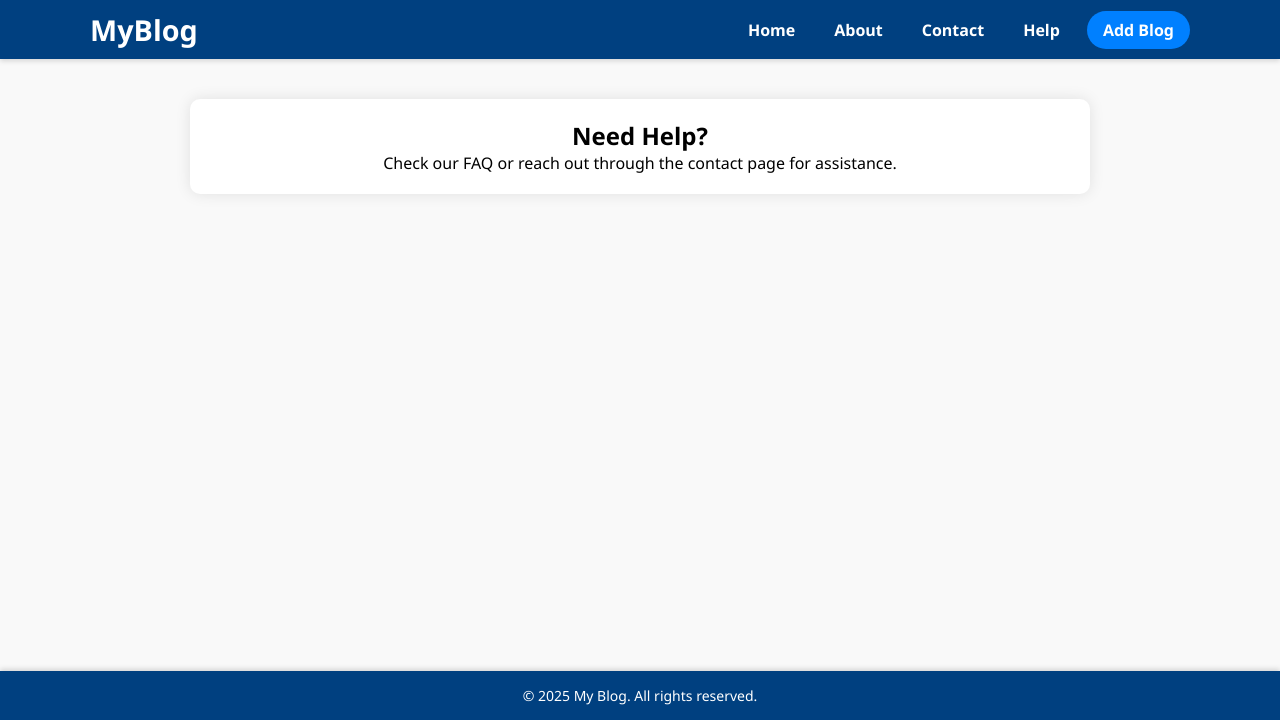
Repository: ankitg-02/FLASK
Page: http://localhost/help
These files come from the project's save history. The page is drawn as it stood at one moment and after a run of saves; the edit follows.
The browser window is 1280 px wide. The pictures show the whole page.
The page is served by the project's application, run on Flask 3 (app.py).

Above is the page before, as saved 2025-05-19 15:18:32.

### Project2/templates/help.html
{% extends 'base.html' %} {% block title %}Help - My Blog{% endblock %} {% block
content %}
<h2>Need Help?</h2>
<p>Check our FAQ or reach out through the contact page for assistance.</p>
{% endblock %}

### Project2/templates/base.html
<!DOCTYPE html>
<html lang="en">
  <head>
    <meta charset="UTF-8" />
    <title>{% block title %}My Blog{% endblock %}</title>
    <link
      rel="stylesheet"
      href="{{ url_for('static', filename='css/style.css') }}"
    />
    <meta name="viewport" content="width=device-width, initial-scale=1" />
  </head>
  <body>
    <nav class="navbar">
      <div class="nav-container">
        <a href="{{ url_for('index') }}" class="nav-logo">MyBlog</a>
        <ul class="nav-menu" id="nav-menu">
          <li><a href="{{ url_for('index') }}" class="nav-link">Home</a></li>
          <li><a href="{{ url_for('about') }}" class="nav-link">About</a></li>
          <li>
            <a href="{{ url_for('contact') }}" class="nav-link">Contact</a>
          </li>
          <li><a href="{{ url_for('help') }}" class="nav-link">Help</a></li>
          <li>
            <a href="{{ url_for('add_blog') }}" class="nav-link nav-link-button"
              >Add Blog</a
            >
          </li>
        </ul>
        <div class="nav-toggle" id="nav-toggle">
          <span></span>
          <span></span>
          <span></span>
        </div>
      </div>
    </nav>

    <main>{% block content %}{% endblock %}</main>

    <footer>
      <div class="footer">
        <p>&copy; 2025 My Blog. All rights reserved.</p>
      </div>
    </footer>

    <script>
      const navToggle = document.getElementById("nav-toggle");
      const navMenu = document.getElementById("nav-menu");

      navToggle.addEventListener("click", () => {
        navMenu.classList.toggle("nav-menu_visible");
        navToggle.classList.toggle("nav-toggle_active");
      });
    </script>
  </body>
</html>

### Project2/app.py
from flask import Flask, render_template, request, redirect, url_for
from flask_sqlalchemy import SQLAlchemy
import os

app = Flask(__name__)
blogs = []
@app.route('/')
def index():
    return render_template('index.html', blogs=blogs)
@app.route('/about')
def about():
    return render_template('about.html')
@app.route('/contact')
def contact():
    return render_template('contact.html')
@app.route('/help')
def help():
    return render_template('help.html')
@app.route('/add_blog', methods=['GET', 'POST'])
def add_blog():
    if request.method == 'POST':
        # Get data from form
        name = request.form.get('name')
        email = request.form.get('email')
        phone = request.form.get('phone')
        content = request.form.get('content')

        # Save the blog entry
        blogs.append({
            'name': name,
            'email': email,
            'phone': phone,
            'content': content
        })

        return redirect(url_for('index'))

    return render_template('add_blog.html')
if __name__ == '__main__':
    app.run(debug=True)
    app.config['SQLALCHEMY_DATABASE_URI'] = os.getenv("DATABASE_URL", "sqlite:///local.db")
    app.config['SQLALCHEMY_TRACK_MODIFICATIONS'] = False
    db = SQLAlchemy(app)

class Blog(db.Model):
    id = db.Column(db.Integer, primary_key=True)
    name = db.Column(db.String(100))
    email = db.Column(db.String(120))
    phone = db.Column(db.String(15))
    content = db.Column(db.Text)

### Project2/static/css/style.css
/* Reset */
* {
  margin: 0;
  padding: 0;
  box-sizing: border-box;
}

main {
  max-width: 900px;        /* limit content width */
  margin: 40px auto;       /* center horizontally with some vertical spacing */
  padding: 20px;
  text-align: center;      /* center all text inside main */
  background-color: #fff;  /* optional: white background for contrast */
  border-radius: 10px;     /* optional: rounded corners */
  box-shadow: 0 0 15px rgba(0,0,0,0.1);  /* subtle shadow */
}


body {
  font-family: 'Segoe UI', Tahoma, Geneva, Verdana, sans-serif;
  background-color: #f9f9f9;
}

/* Navbar container */
.navbar {
  background-color: #004080;
  padding: 10px 20px;
  box-shadow: 0 2px 5px rgba(0,0,0,0.15);
  position: sticky;
  top: 0;
  z-index: 1000;
}

.nav-container {
  max-width: 1100px;
  margin: auto;
  display: flex;
  justify-content: space-between;
  align-items: center;
}

/* Logo */
.nav-logo {
  color: #fff;
  font-size: 1.8rem;
  font-weight: bold;
  text-decoration: none;
}

/* Menu */
.nav-menu {
  list-style: none;
  display: flex;
  gap: 15px;
}

.nav-menu li {
  /* no extra style */
}

.nav-link {
  color: #fff;
  text-decoration: none;
  font-weight: 600;
  padding: 8px 12px;
  border-radius: 4px;
  transition: background-color 0.3s ease;
}

.nav-link:hover {
  background-color: #002f5f;
}

/* Special button style for Add Blog */
.nav-link-button {
  background-color: #0080ff;
  padding: 8px 16px;
  border-radius: 25px;
}

.nav-link-button:hover {
  background-color: #005bb5;
}

/* Hamburger menu toggle button - hidden on desktop */
.nav-toggle {
  display: none;
  flex-direction: column;
  cursor: pointer;
  gap: 5px;
}

.nav-toggle span {
  display: block;
  width: 25px;
  height: 3px;
  background-color: white;
  border-radius: 3px;
  transition: 0.3s;
}

/* Hamburger active animation */
.nav-toggle_active span:nth-child(1) {
  transform: rotate(45deg) translate(5px, 5px);
}

.nav-toggle_active span:nth-child(2) {
  opacity: 0;
}

.nav-toggle_active span:nth-child(3) {
  transform: rotate(-45deg) translate(5px, -5px);
}

/* Responsive - mobile styles */
@media (max-width: 768px) {
  .nav-toggle {
    display: flex;
  }

  .nav-menu {
    position: absolute;
    top: 58px;
    right: 0;
    background-color: #004080;
    flex-direction: column;
    width: 200px;
    padding: 15px 0;
    border-radius: 0 0 0 10px;
    box-shadow: 0 4px 8px rgba(0,0,0,0.2);
    opacity: 0;
    pointer-events: none;
    transform: translateX(100%);
    transition: transform 0.3s ease, opacity 0.3s ease;
  }

  .nav-menu.nav-menu_visible {
    opacity: 1;
    pointer-events: auto;
    transform: translateX(0);
  }

  .nav-menu li {
    margin: 10px 0;
    text-align: center;
  }
}
/* Footer styling */
footer {
  background-color: #004080;
  color: #ffffff;
  text-align: center;
  padding: 15px 20px;
  position: fixed;
  bottom: 0;
  width: 100%;
  font-size: 14px;
  box-shadow: 0 -2px 5px rgba(0, 0, 0, 0.15);
  z-index: 999;
}

.footer p {
  margin: 0;
}
.form-container {
  max-width: 600px;
  margin: 40px auto;
  padding: 30px;
  background: #f9f9f9;
  border-radius: 12px;
  box-shadow: 0 0 15px rgba(0, 0, 0, 0.1);
  animation: fadeIn 0.6s ease-out;
}

.form-container h2 {
  margin-bottom: 20px;
  color: #004080;
  text-align: center;
}

.form-container form {
  display: flex;
  flex-direction: column;
  gap: 15px;
}

.form-container input,
.form-container textarea {
  padding: 12px;
  font-size: 16px;
  border: 1px solid #ccc;
  border-radius: 8px;
  width: 100%;
  transition: border-color 0.3s;
}

.form-container input:focus,
.form-container textarea:focus {
  border-color: #004080;
  outline: none;
}

.form-container textarea {
  resize: vertical;
  height: 120px;
}

.form-container button {
  padding: 12px;
  background-color: #004080;
  color: white;
  border: none;
  font-size: 16px;
  border-radius: 8px;
  cursor: pointer;
  transition: background-color 0.3s ease;
}

.form-container button:hover {
  background-color: #002f5d;
}

@keyframes fadeIn {
  from { opacity: 0; transform: translateY(20px); }
  to { opacity: 1; transform: translateY(0); }
}

After the next 2 saves:
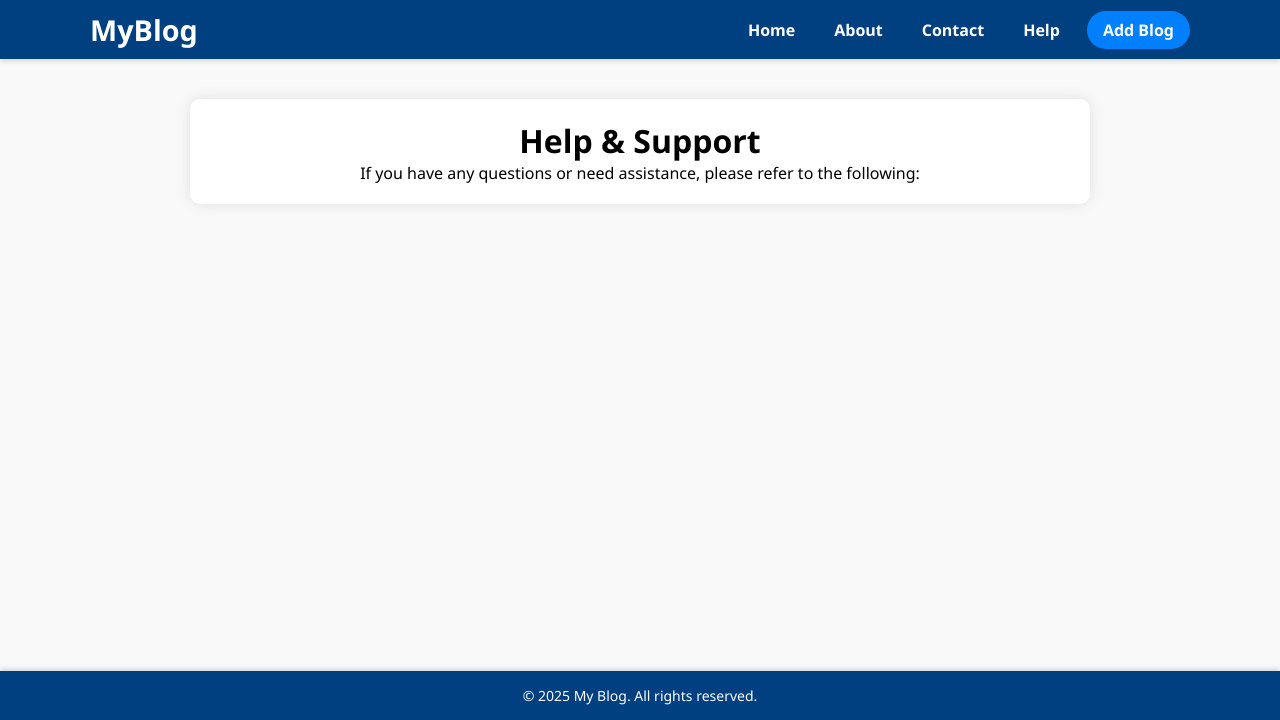
The 2 saves are shown as one change because 1 did not build or start.
The last was saved 87 s later.
--- a/Project2/templates/help.html
+++ b/Project2/templates/help.html
@@ -1,5 +1,9 @@
 {% extends 'base.html' %} {% block title %}Help - My Blog{% endblock %} {% block
 content %}
-<h2>Need Help?</h2>
-<p>Check our FAQ or reach out through the contact page for assistance.</p>
+<div class="page-content">
+  <h1>Help & Support</h1>
+  <p>
+    If you have any questions or need assistance, please refer to the following:
+  </p>
+</div>
 {% endblock %}
